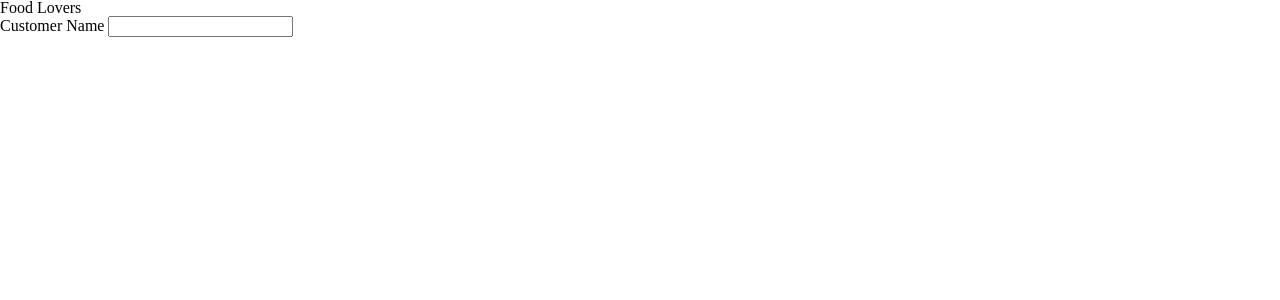
Repository: Razan-am/foodLovers
Page: index.html
An editor plug-in stored every save of this project. The page is shown before and after a run of saves, followed by the edit.
The browser window is 1280 px wide. The pictures show the whole page.

Above is the page before, as saved 2021-06-01 10:17:40.

### index.html
<!DOCTYPE html>
<html lang="en">
<head>
    <meta charset="UTF-8">
    <meta http-equiv="X-UA-Compatible" content="IE=edge">
    <meta name="viewport" content="width=device-width, initial-scale=1.0">
    <title>Food Lovers</title>
    <link rel="stylesheet" href="css/reset.css">
    <link rel="stylesheet" href="css/style.css">
</head>
<body>
    <header>
        <h1>Food Lovers</h1>
    </header>
    <main>
        <form action="" id="myForm">
            <fieldset>
                <label for="name">Customer Name</label>
                <input type="text" id="name" name="name">
                <label for=""></label>
            </fieldset>
        </form>
    </main>
    <footer></footer>
    <script src="js/app.js"></script>
</body>
</html>

Loaded but not shown: css/reset.css (common file); css/style.css (no copy from this time; the picture is the same without it); js/app.js (no copy from this time; the picture is the same without it)

After the next 8 saves:
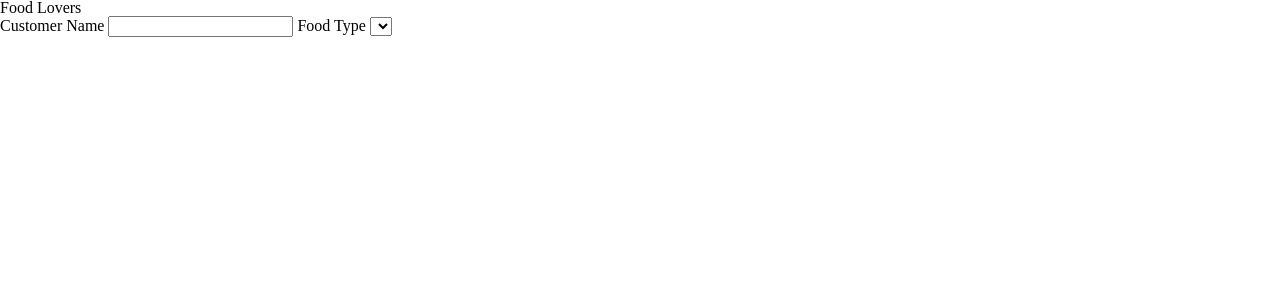
The 8 saves are shown as one change because they came seconds apart.
The last was saved 23 s later.
--- a/index.html
+++ b/index.html
@@ -17,7 +17,8 @@
             <fieldset>
                 <label for="name">Customer Name</label>
                 <input type="text" id="name" name="name">
-                <label for=""></label>
+                <label for="">Food Type</label>
+                <select name="food" id="food"></select>
             </fieldset>
         </form>
     </main>
